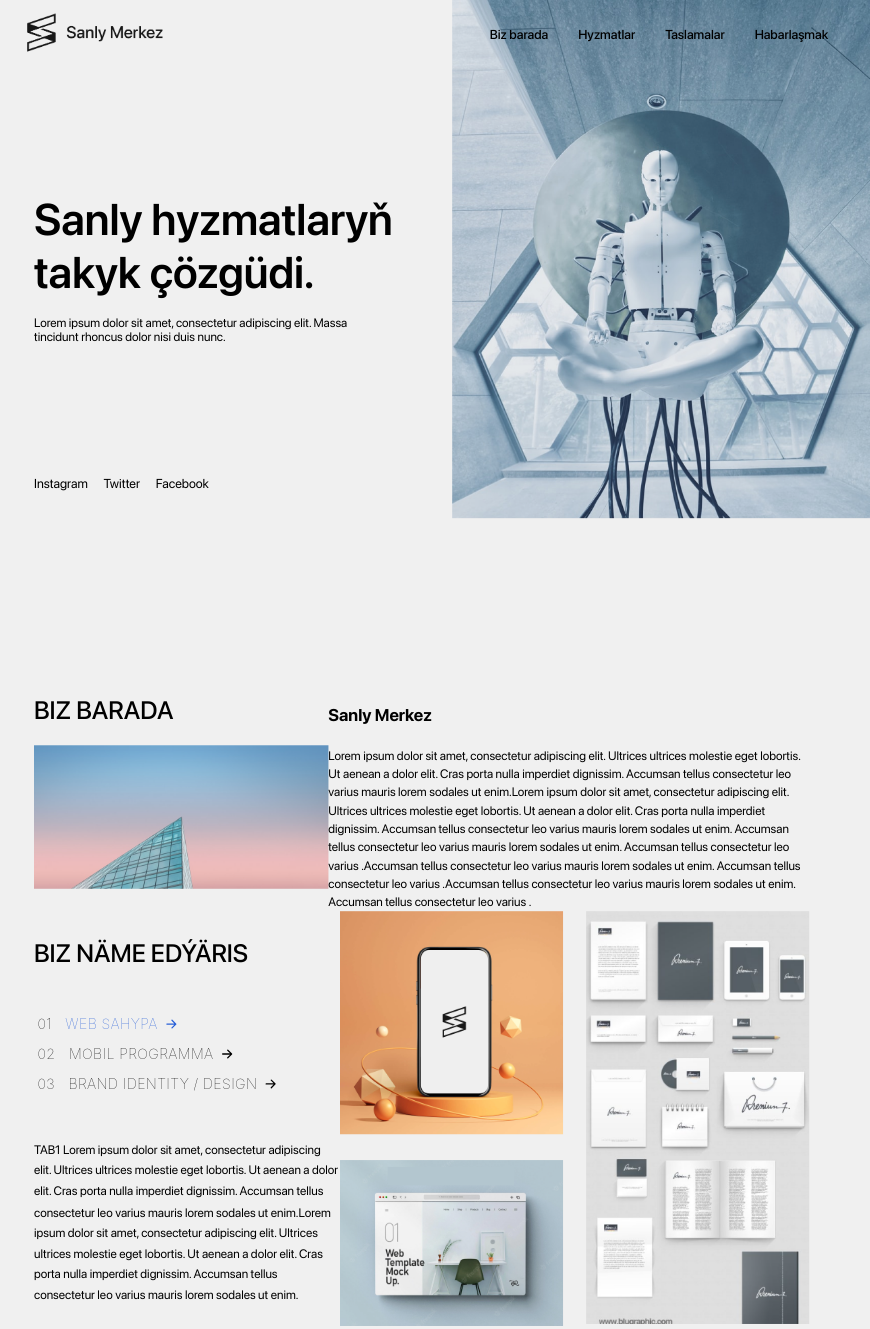
Repository: Meylis7/Sanly-Merkez-Web
Page: main.html
An editor plug-in stored every save of this project. The page is shown before and after the next save, followed by the edit.
The browser window is 1280 px wide. The pictures show the whole page, at 68% of full size.
Some web fonts or font styles are not loaded; a fallback is used.

Above is the page before, as saved 2022-04-29 16:38:31.

### main.html
<!DOCTYPE html>
<html lang="en" dir="ltr">
  <head>
    <meta charset="utf-8">
    <meta name="viewport" content="width=device-width, initial-scale=1.0">
    <title>Sanly merkez</title>
    <link rel="stylesheet" href="./css/main.css">
  </head>
  <body>
    <div class="main-container">
      <div class="header-container">
        <header>
          <a href="#" class="brand"><img src="/assets/logo.png" alt=""></a>
          <div class="menu">
            <div class="btn">
                <svg class="close-btn" xmlns="http://www.w3.org/2000/svg" aria-hidden="true" role="img" width="1em" height="1em" preserveAspectRatio="xMidYMid meet" viewBox="0 0 20 20"><path fill="currentColor" fill-rule="evenodd" d="M4.293 4.293a1 1 0 0 1 1.414 0L10 8.586l4.293-4.293a1 1 0 1 1 1.414 1.414L11.414 10l4.293 4.293a1 1 0 0 1-1.414 1.414L10 11.414l-4.293 4.293a1 1 0 0 1-1.414-1.414L8.586 10L4.293 5.707a1 1 0 0 1 0-1.414Z" clip-rule="evenodd"/></svg>
            </div>
            <a href="#">Biz barada</a>
            <a href="#">Hyzmatlar</a>
            <a href="#">Taslamalar</a>
            <a href="#">Habarlaşmak</a>
          </div>
          <div class="btn">
            <svg class="menu-btn" xmlns="http://www.w3.org/2000/svg" aria-hidden="true" role="img" width="1em" height="1em" preserveAspectRatio="xMidYMid meet" viewBox="0 0 20 20"><path fill="currentColor" fill-rule="evenodd" d="M3 5a1 1 0 0 1 1-1h12a1 1 0 1 1 0 2H4a1 1 0 0 1-1-1Zm0 5a1 1 0 0 1 1-1h12a1 1 0 1 1 0 2H4a1 1 0 0 1-1-1Zm6 5a1 1 0 0 1 1-1h6a1 1 0 1 1 0 2h-6a1 1 0 0 1-1-1Z" clip-rule="evenodd"/></svg>
          </div>
        </header>
      </div>

      <div class="home-section">
        <div class="home-container">
          <div class="home-left-content">
            <div class="home-slogan">
              <p class="slogan">Sanly hyzmatlaryň <br>
                takyk çözgüdi.</p>
                <p class="slogan-text">Lorem ipsum dolor sit amet, consectetur adipiscing elit. Massa <br> tincidunt rhoncus dolor nisi duis nunc.</p>
            </div>
            <div class="home-social-links">
              <a href="#">Instagram</a>
              <a href="#">Twitter</a>
              <a href="#">Facebook</a>
            </div>
          </div>
          <div class="home-right-content">
            <img src="./assets/mainphoto.png" alt="">
          </div>
        </div>
      </div>
      <div class="about-section">
        <div class="about-container">
          <div class="about-photo-content">
            <h1>Biz Barada</h1>
            <img src="/assets/about.png" alt="">
          </div>
          <div class="about-text-container">
            <h1>Sanly Merkez</h1>
            <p>Lorem ipsum dolor sit amet, consectetur adipiscing elit. Ultrices ultrices molestie eget lobortis. Ut aenean a dolor elit. Cras porta nulla imperdiet dignissim. Accumsan tellus consectetur leo varius mauris lorem sodales ut enim.Lorem ipsum dolor sit amet, consectetur adipiscing elit. Ultrices ultrices molestie eget lobortis. Ut aenean a dolor elit. Cras porta nulla imperdiet dignissim. Accumsan tellus consectetur leo varius mauris lorem sodales ut enim. Accumsan tellus consectetur leo varius mauris lorem sodales ut enim. Accumsan tellus consectetur leo varius .Accumsan tellus consectetur leo varius mauris lorem sodales ut enim. Accumsan tellus consectetur leo varius .Accumsan tellus consectetur leo varius mauris lorem sodales ut enim. Accumsan tellus consectetur leo varius . </p>
          </div>
        </div>
      </div>
      <div class="wwd-section">
        <div class="wwd-conteiner">
          <div class="tabs">
            <h1>Biz näme edýäris</h1>
            <div class="tabs__head">
              <div class="tabs__toggle is-active">
                <span class="tabs__name"><span class="tabsnumber">01</span>Web sahypa <svg xmlns="http://www.w3.org/2000/svg" aria-hidden="true" role="img" width="1em" height="1em" preserveAspectRatio="xMidYMid meet" viewBox="0 0 16 16"><path fill="currentColor" fill-rule="evenodd" d="M4 8a.5.5 0 0 1 .5-.5h5.793L8.146 5.354a.5.5 0 1 1 .708-.708l3 3a.5.5 0 0 1 0 .708l-3 3a.5.5 0 0 1-.708-.708L10.293 8.5H4.5A.5.5 0 0 1 4 8z"/></svg></span>
              </div>
              <div class="tabs__toggle">
                <span class="tabs__name"><span class="tabsnumber">02</span>Mobil programma <svg xmlns="http://www.w3.org/2000/svg" aria-hidden="true" role="img" width="1em" height="1em" preserveAspectRatio="xMidYMid meet" viewBox="0 0 16 16"><path fill="currentColor" fill-rule="evenodd" d="M4 8a.5.5 0 0 1 .5-.5h5.793L8.146 5.354a.5.5 0 1 1 .708-.708l3 3a.5.5 0 0 1 0 .708l-3 3a.5.5 0 0 1-.708-.708L10.293 8.5H4.5A.5.5 0 0 1 4 8z"/></svg></span>
              </div>
              <div class="tabs__toggle">
                <span class="tabs__name"><span class="tabsnumber">03</span>Brand identity / Design <svg xmlns="http://www.w3.org/2000/svg" aria-hidden="true" role="img" width="1em" height="1em" preserveAspectRatio="xMidYMid meet" viewBox="0 0 16 16"><path fill="currentColor" fill-rule="evenodd" d="M4 8a.5.5 0 0 1 .5-.5h5.793L8.146 5.354a.5.5 0 1 1 .708-.708l3 3a.5.5 0 0 1 0 .708l-3 3a.5.5 0 0 1-.708-.708L10.293 8.5H4.5A.5.5 0 0 1 4 8z"/></svg></span>
              </div>
            </div>
            <div class="tabs__body">
              <div class="tabs__content is-active">
                <p class="tabs__text">TAB1 Lorem ipsum dolor sit amet, consectetur adipiscing elit. Ultrices ultrices molestie eget lobortis. Ut aenean a dolor elit. Cras porta nulla imperdiet dignissim. Accumsan tellus consectetur leo varius mauris lorem sodales ut enim.Lorem ipsum dolor sit amet, consectetur adipiscing elit. Ultrices ultrices molestie eget lobortis. Ut aenean a dolor elit. Cras porta nulla imperdiet dignissim. Accumsan tellus consectetur leo varius mauris lorem sodales ut enim.</p>
              </div>
              <div class="tabs__content">
                <p class="tabs__text">TAB2 Lorem ipsum dolor sit amet, consectetur adipiscing elit. Ultrices ultrices molestie eget lobortis. Ut aenean a dolor elit. Cras porta nulla imperdiet dignissim. Accumsan tellus consectetur leo varius mauris lorem sodales ut enim.Lorem ipsum dolor sit amet, consectetur adipiscing elit. Ultrices ultrices molestie eget lobortis. Ut aenean a dolor elit. Cras porta nulla imperdiet dignissim. Accumsan tellus consectetur leo varius mauris lorem sodales ut enim.</p>
              </div>
              <div class="tabs__content">
                <p class="tabs__text">TAB3 Lorem ipsum dolor sit amet, consectetur adipiscing elit. Ultrices ultrices molestie eget lobortis. Ut aenean a dolor elit. Cras porta nulla imperdiet dignissim. Accumsan tellus consectetur leo varius mauris lorem sodales ut enim.Lorem ipsum dolor sit amet, consectetur adipiscing elit. Ultrices ultrices molestie eget lobortis. Ut aenean a dolor elit. Cras porta nulla imperdiet dignissim. Accumsan tellus consectetur leo varius mauris lorem sodales ut enim.</p>
              </div>
            </div>
          </div>
          <div class="wwd-photo-content">
            <div class="left-photo-content">
              <div class="first-photo">
                <img src="/assets/appphoto.png" alt="">
              </div>
              <div class="second-photo">
                <img src="/assets/websitephoto.png" alt="">
              </div>
            </div>
            <div class="right-photo-content">
              <img src="/assets/brandingphoto.png" alt="">
            </div>
          </div>
        </div>
      </div>

    </div>



    <script type="text/javascript">
    //javascript for navigation bar effect on scroll
    window.addEventListener("scroll", function(){
      var header = document.querySelector("header");
      header.classList.toggle('sticky', window.scrollY > 0);
    });

    //javascript for responsive navigation sidebar menu
    var menu = document.querySelector('.menu');
    var menuBtn = document.querySelector('.menu-btn');
    var closeBtn = document.querySelector('.close-btn');

    menuBtn.addEventListener("click", () => {
      menu.classList.add('active');
    });

    closeBtn.addEventListener("click", () => {
      menu.classList.remove('active');
    });
    </script>
    <script src="./js/nav.js"></script>

  </body>
</html>

### css/main.css

@font-face {
  font-family: 'SF Pro Display';
  src: url('../SFProDisplay-Medium.eot');
  src: local('../SF Pro Display Medium'), local('SFProDisplay-Medium'),
      url('../SFProDisplay-Medium.eot?#iefix') format('embedded-opentype'),
      url('../SFProDisplay-Medium.woff2') format('woff2'),
      url('../SFProDisplay-Medium.woff') format('woff'),
      url('../SFProDisplay-Medium.ttf') format('truetype');
  font-weight: 500;
  font-style: normal;
}

@font-face {
  font-family: 'SF Pro Display';
  src: url('../SFProDisplay-Heavy.eot');
  src: local('../SF Pro Display Heavy'), local('SFProDisplay-Heavy'),
      url('../SFProDisplay-Heavy.eot?#iefix') format('embedded-opentype'),
      url('../SFProDisplay-Heavy.woff2') format('woff2'),
      url('../SFProDisplay-Heavy.woff') format('woff'),
      url('../SFProDisplay-Heavy.ttf') format('truetype');
  font-weight: 900;
  font-style: normal;
}

@font-face {
  font-family: 'SF Pro Display';
  src: url('../SFProDisplay-UltralightItalic.eot');
  src: local('../SF Pro Display UltralightItalic'), local('SFProDisplay-UltralightItalic'),
      url('../SFProDisplay-UltralightItalic.eot?#iefix') format('embedded-opentype'),
      url('../SFProDisplay-UltralightItalic.woff2') format('woff2'),
      url('../SFProDisplay-UltralightItalic.woff') format('woff'),
      url('../SFProDisplay-UltralightItalic.ttf') format('truetype');
  font-weight: 200;
  font-style: italic;
}

@font-face {
  font-family: 'SF Pro Display';
  src: url('../SFProDisplay-RegularItalic.eot');
  src: local('../SF Pro Display Regular Italic'), local('SFProDisplay-RegularItalic'),
      url('../SFProDisplay-RegularItalic.eot?#iefix') format('embedded-opentype'),
      url('vSFProDisplay-RegularItalic.woff2') format('woff2'),
      url('../SFProDisplay-RegularItalic.woff') format('woff'),
      url('../SFProDisplay-RegularItalic.ttf') format('truetype');
  font-weight: normal;
  font-style: italic;
}

@font-face {
  font-family: 'SF Pro Display';
  src: url('../SFProDisplay-Thin.eot');
  src: local('../SF Pro Display Thin'), local('SFProDisplay-Thin'),
      url('../SFProDisplay-Thin.eot?#iefix') format('embedded-opentype'),
      url('../SFProDisplay-Thin.woff2') format('woff2'),
      url('../SFProDisplay-Thin.woff') format('woff'),
      url('../SFProDisplay-Thin.ttf') format('truetype');
  font-weight: 100;
  font-style: normal;
}

@font-face {
  font-family: 'SF Pro Display';
  src: url('../SFProDisplay-Light.eot');
  src: local('../SF Pro Display Light'), local('SFProDisplay-Light'),
      url('../SFProDisplay-Light.eot?#iefix') format('embedded-opentype'),
      url('../SFProDisplay-Light.woff2') format('woff2'),
      url('../SFProDisplay-Light.woff') format('woff'),
      url('../SFProDisplay-Light.ttf') format('truetype');
  font-weight: 200;
  font-style: normal;
}

@font-face {
  font-family: 'SF Pro Display';
  src: url('../SFProDisplay-BlackItalic.eot');
  src: local('../SF Pro Display Black Italic'), local('SFProDisplay-BlackItalic'),
      url('../SFProDisplay-BlackItalic.eot?#iefix') format('embedded-opentype'),
      url('../SFProDisplay-BlackItalic.woff2') format('woff2'),
      url('../SFProDisplay-BlackItalic.woff') format('woff'),
      url('../SFProDisplay-BlackItalic.ttf') format('truetype');
  font-weight: 900;
  font-style: italic;
}

@font-face {
  font-family: 'SF Pro Display';
  src: url('../SFProDisplay-Bold.eot');
  src: local('../SF Pro Display Bold'), local('SFProDisplay-Bold'),
      url('../SFProDisplay-Bold.eot?#iefix') format('embedded-opentype'),
      url('../SFProDisplay-Bold.woff2') format('woff2'),
      url('../SFProDisplay-Bold.woff') format('woff'),
      url('../SFProDisplay-Bold.ttf') format('truetype');
  font-weight: bold;
  font-style: normal;
}

@font-face {
  font-family: 'SF Pro Display';
  src: url('../SFProDisplay-Black.eot');
  src: local('../SF Pro Display Black'), local('SFProDisplay-Black'),
      url('../SFProDisplay-Black.eot?#iefix') format('embedded-opentype'),
      url('../SFProDisplay-Black.woff2') format('woff2'),
      url('../SFProDisplay-Black.woff') format('woff'),
      url('../SFProDisplay-Black.ttf') format('truetype');
  font-weight: 900;
  font-style: normal;
}

@font-face {
  font-family: 'SF Pro Display';
  src: url('../SFProDisplay-SemiboldItalic.eot');
  src: local('../SF Pro Display SemiboldItalic'), local('SFProDisplay-SemiboldItalic'),
      url('../SFProDisplay-SemiboldItalic.eot?#iefix') format('embedded-opentype'),
      url('../SFProDisplay-SemiboldItalic.woff2') format('woff2'),
      url('../SFProDisplay-SemiboldItalic.woff') format('woff'),
      url('../SFProDisplay-SemiboldItalic.ttf') format('truetype');
  font-weight: 600;
  font-style: italic;
}

@font-face {
  font-family: 'SF Pro Display';
  src: url('../SFProDisplay-Ultralight.eot');
  src: local('../SF Pro Display Ultralight'), local('SFProDisplay-Ultralight'),
      url('../SFProDisplay-Ultralight.eot?#iefix') format('embedded-opentype'),
      url('../SFProDisplay-Ultralight.woff2') format('woff2'),
      url('../SFProDisplay-Ultralight.woff') format('woff'),
      url('../SFProDisplay-Ultralight.ttf') format('truetype');
  font-weight: 200;
  font-style: normal;
}

@font-face {
  font-family: 'SF Pro Display';
  src: url('../SFProDisplay-LightItalic.eot');
  src: local('../SF Pro Display LightItalic'), local('SFProDisplay-LightItalic'),
      url('../SFProDisplay-LightItalic.eot?#iefix') format('embedded-opentype'),
      url('../SFProDisplay-LightItalic.woff2') format('woff2'),
      url('../SFProDisplay-LightItalic.woff') format('woff'),
      url('../SFProDisplay-LightItalic.ttf') format('truetype');
  font-weight: 200;
  font-style: italic;
}

@font-face {
  font-family: 'SF Pro Display';
  src: url('../SFProDisplay-ThinItalic.eot');
  src: local('../SF Pro Display ThinItalic'), local('SFProDisplay-ThinItalic'),
      url('../SFProDisplay-ThinItalic.eot?#iefix') format('embedded-opentype'),
      url('../SFProDisplay-ThinItalic.woff2') format('woff2'),
      url('../SFProDisplay-ThinItalic.woff') format('woff'),
      url('../SFProDisplay-ThinItalic.ttf') format('truetype');
  font-weight: 100;
  font-style: italic;
}

@font-face {
  font-family: 'SF Pro Display';
  src: url('../SFProDisplay-MediumItalic.eot');
  src: local('../SF Pro Display MediumItalic'), local('SFProDisplay-MediumItalic'),
      url('../SFProDisplay-MediumItalic.eot?#iefix') format('embedded-opentype'),
      url('../SFProDisplay-MediumItalic.woff2') format('woff2'),
      url('../SFProDisplay-MediumItalic.woff') format('woff'),
      url('../SFProDisplay-MediumItalic.ttf') format('truetype');
  font-weight: 500;
  font-style: italic;
}

@font-face {
  font-family: 'SF Pro Display';
  src: url('../SFProDisplay-Semibold.eot');
  src: local('SF Pro Display Semibold'), local('SFProDisplay-Semibold'),
      url('../SFProDisplay-Semibold.eot?#iefix') format('embedded-opentype'),
      url('../SFProDisplay-Semibold.woff2') format('woff2'),
      url('../SFProDisplay-Semibold.woff') format('woff'),
      url('../SFProDisplay-Semibold.ttf') format('truetype');
  font-weight: 600;
  font-style: normal;
}

@font-face {
  font-family: 'SF Pro Display';
  src: url('../SFProDisplay-HeavyItalic.eot');
  src: local('../SF Pro Display HeavyItalic'), local('SFProDisplay-HeavyItalic'),
      url('../SFProDisplay-HeavyItalic.eot?#iefix') format('embedded-opentype'),
      url('../SFProDisplay-HeavyItalic.woff2') format('woff2'),
      url('../SFProDisplay-HeavyItalic.woff') format('woff'),
      url('../SFProDisplay-HeavyItalic.ttf') format('truetype');
  font-weight: 900;
  font-style: italic;
}

@font-face {
  font-family: 'SF Pro Display';
  src: url('../SFProDisplay-Regular.eot');
  src: local('../SF Pro Display Regular'), local('SFProDisplay-Regular'),
      url('../SFProDisplay-Regular.eot?#iefix') format('embedded-opentype'),
      url('../SFProDisplay-Regular.woff2') format('woff2'),
      url('../SFProDisplay-Regular.woff') format('woff'),
      url('../SFProDisplay-Regular.ttf') format('truetype');
  font-weight: normal;
  font-style: normal;
}

@font-face {
  font-family: 'SF Pro Display';
  src: url('../SFProDisplay-BoldItalic.eot');
  src: local('../SF Pro Display BoldItalic'), local('SFProDisplay-BoldItalic'),
      url('../SFProDisplay-BoldItalic.eot?#iefix') format('embedded-opentype'),
      url('../SFProDisplay-BoldItalic.woff2') format('woff2'),
      url('../SFProDisplay-BoldItalic.woff') format('woff'),
      url('../SFProDisplay-BoldItalic.ttf') format('truetype');
  font-weight: bold;
  font-style: italic;
}


*{
  margin: 0;
  padding: 0;
  box-sizing: border-box;
  font-family: "SF Pro Display";

}
a{
  text-decoration: none;
}

body{
  min-height: 100vh;
  background: #F0F0F0;
}
header{
  z-index: 999;
  position: fixed;
  top: 0;
  left: 0;
  width: 100%;
  display: flex;
  justify-content: space-between;
  align-items: center;
  padding: 20px 40px;
  transition: 0.6s;
  transform: translate(calc(50vw - 50%));
}

header.sticky{
  background: #ffffff;
  padding: 15px 50px;

}

header .brand{
  color: #fff;
  font-size: 30px;
  font-weight: 700;
  text-transform: uppercase;
  text-decoration: none;
  letter-spacing: 2px;
}

header .menu{
  position: relative;
  display: flex;
  justify-content: center;
  align-items: center;
}

header .menu a{
  color: rgb(0, 0, 0);
  font-size: 19px;
  font-weight: 500;
  text-decoration: none;
  padding: 7px 12px;
  margin: 0 10px;
  border-radius: 20px;
  transition: 0.3s;
  transition-property: color, background;
}

header .menu a:hover{
  color: #000;
  background: #fff;
}

header .btn{
  color: rgb(94, 0, 0);
  font-size: 25px;
  cursor: pointer;
  display: none;
}
/* .main-container{
    max-width: 1240px;
    height: 100%;
    margin: 0 auto;
} */
.brand{
  width: 200px;
}
.brand img{
  width: 100%;
}
.home-container{
  display: flex;
  width: 100%;
  margin-bottom: 20%;

}
.home-left-content,.home-right-content{
  flex: 1;
}
.home-left-content{
  display: flex;
  flex-direction: column;
  justify-content: space-between;
  padding-left: 50px;
}
.home-right-content img{
  width: 100%;
}
.slogan{
  font-size: 65px;
  font-family: "SF Pro Display";
  font-weight: 600;
  margin-top: 46%;
  margin-bottom: 25px;
}
.slogan-text{
  font-size: 18px;
  font-family: "SF Pro Display";
}
.home-social-links{
  margin-bottom: 7%;
}
.home-social-links a {
  color: #000;
  margin-right: 20px;
  font-size: 19px;
}

@media (max-width: 1060px){
  header .btn{
    display: block;
  }

  header .menu{
    position: fixed;
    background: #ffffff;
    flex-direction: column;
    width: 100%;
    height: 100vh;
    top: 0;
    right: -100%;
    padding: 80px 50px;
    transition: 0.5s;
    transition-property: right;
  }

  header .menu.active{
    right: 0;
  }

  header .menu .close-btn{
    position: absolute;
    top: 0;
    left: 0;
    margin: 25px;
  }

  header .menu a{
    display: block;
    font-size: 20px;
    margin: 20px;
    padding: 0 15px;
  }
}

.about-container{
  display: flex;
  padding: 0 50px;
  justify-content: space-between;
}
.about-photo-content h1{
  font-size: 37px;
  font-weight: 500;
  text-transform: uppercase;
  margin-bottom: 30px;
}
.about-photo-content {
  max-width: 600px;
}
.about-text-container{
  max-width: 700px;
  margin-right: 4%;
}
.about-text-container h1{
  margin-bottom: 30px;
  font-size: 25px;
  margin-top: 15px;
}
.about-text-container p{
  font-size: 18px;
  line-height: 1.5;
  color: #000000;
}
.about-photo-content img {
  width: 100%;
}



.tabs {
  display: flex;
  flex-direction: column;
  max-width: 450px;
  width: 100%;

}
.tabs h1{
  font-size: 37px;
  font-weight: 500;
  text-transform: uppercase;
  margin-bottom: 60px;
  margin-top: 40px;
}

.tabs__head {
  display: flex;
  flex-direction: column;
  justify-content: space-between;
  margin-bottom: 60px;
}

.tabs__toggle {
  margin: 0 5px;
  padding: 7px 0;
  cursor: pointer;
  transition: .5s;
}

.tabs__name {
  font-weight: 500;
  font-size: 21px;
  color: #000000;
  display: flex;
  align-items: center;
  font-family: "SF Pro Display";
  font-weight: 100;
  text-transform: uppercase;
  letter-spacing: 0.5px;
}
.tabsnumber{
  margin-right: 20px;
  color: rgb(0, 0, 0);
}
.tabs__name svg{
  height: 30px;
  width: 40px;
}

.tabs__body {
  position: relative;
}

.tabs__title {
  font-weight: 600;
  font-size: 24px;
  color: #000000;
  margin-bottom: 20px;
  text-align: center;
}

.tabs__text {
  font-size: 18px;
  line-height: 1.7;
  color: #000000;

}

.tabs__content {
  display: none;
}
.tabs__toggle.is-active .tabs__name {
  color: #2a61d8;
}

.tabs__content.is-active {
  display: block;
}
.wwd-conteiner{
  display: flex;
  padding-left: 50px;
  padding-right: 7%;
  justify-content: space-between;
}
.wwd-photo-content{
  display: flex;
  max-width: 700px;
}
.wwd-photo-content img{
  width: 100%;
}
.first-photo{
  margin-bottom: 34px;
}
.left-photo-content{
  margin-right: 34px;
}

### js/nav.js
let tabs = document.querySelectorAll('.tabs__toggle'),
    contents = document.querySelectorAll('.tabs__content');

tabs.forEach((tab, index) => {
    tab.addEventListener('click', () => {
        contents.forEach((content) => {
            content.classList.remove('is-active');
        });
        tabs.forEach((tab) => {
            tab.classList.remove('is-active');
        });
        contents[index].classList.add('is-active');
        tabs[index].classList.add('is-active');
    });
});

After the next save:
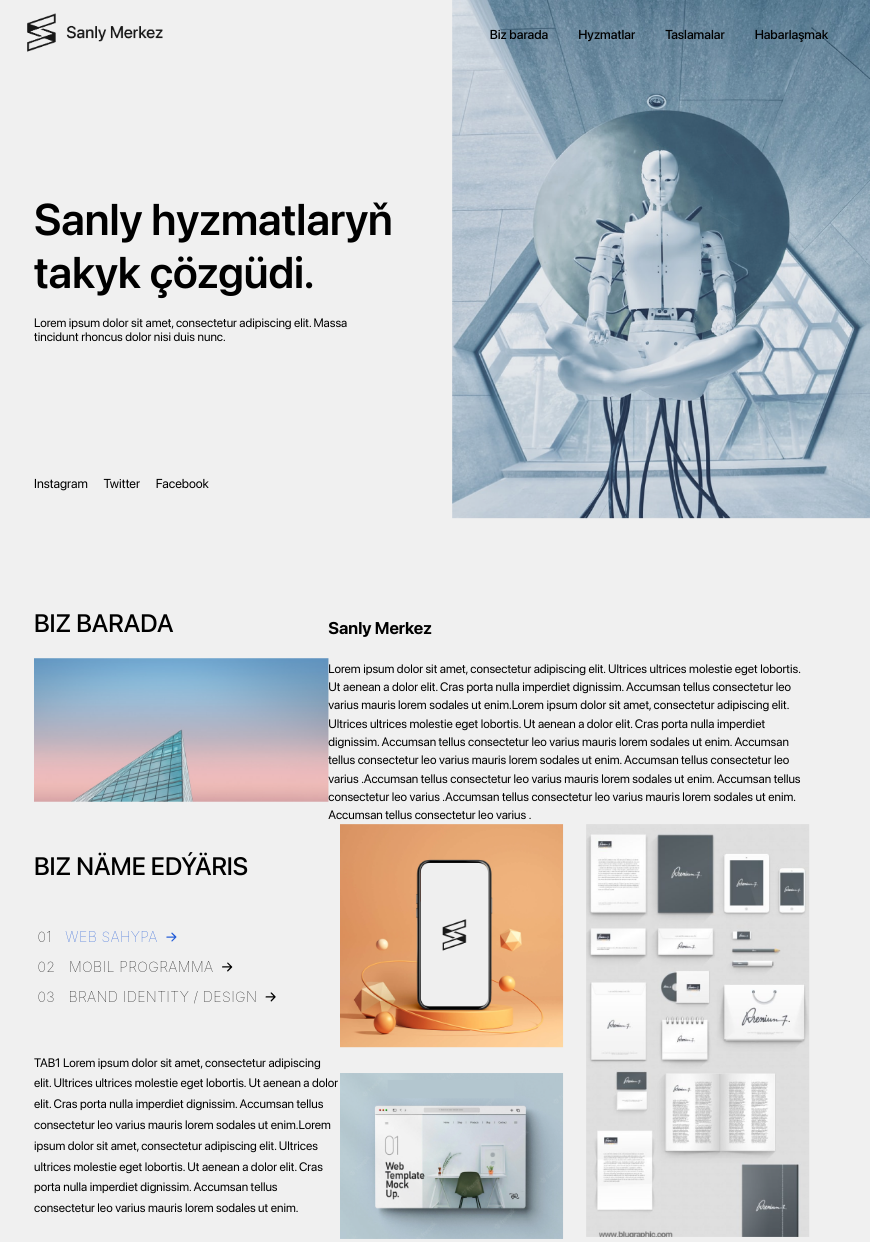
Saved 4 s later.
--- a/css/main.css
+++ b/css/main.css
@@ -304,7 +304,7 @@
 .home-container{
   display: flex;
   width: 100%;
-  margin-bottom: 20%;
+  margin-bottom: 10%;
 
 }
 .home-left-content,.home-right-content{
